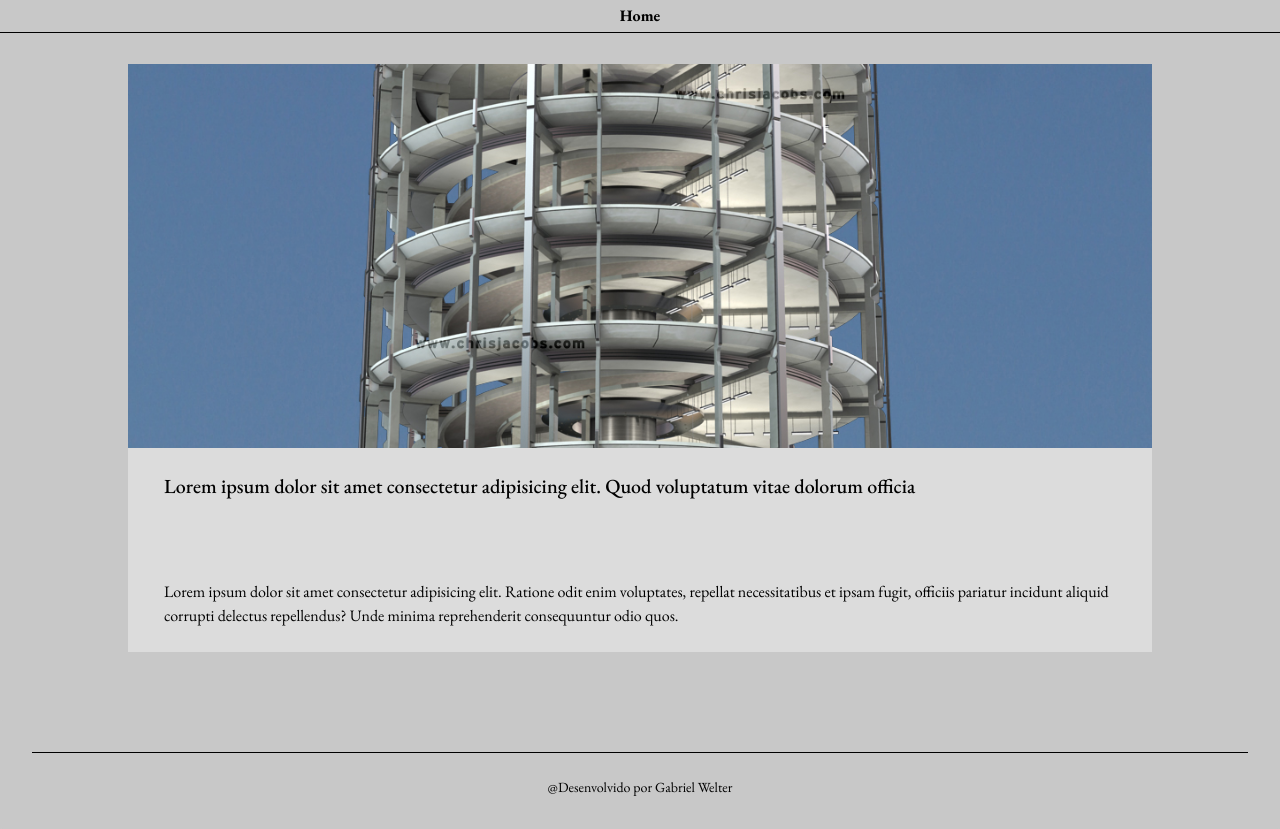
Repository: weltergab/Your-News-2-prismic-cms
Page: /noticiafull
An editor plug-in stored every save of this project. The page is shown before and after the next save, followed by the edit.
The browser window is 1280 px wide. The pictures show the whole page.
The project was rebuilt for these pictures with package versions that can differ from the ones it lists, and the page was loaded fresh each time. The framework's server and built-in components were replaced by stand-ins that run in the browser. Also part of the build but not shown: next.config.js.

Above is the page before, as saved 2023-04-30 20:39:25.

### src/pages/_document.tsx
import { Footer } from '@/components/Footer'
import { Navegacao } from '@/components/Navegacao'
import { Html, Head, Main, NextScript } from 'next/document'

export default function Document() {
  return (
    <Html lang="en">
      <Head>
        <link
          href="https://fonts.googleapis.com/css2?family=Roboto:wght@400;500&display=swap"
          rel="stylesheet"
        />
        <link rel="preconnect" href="https://fonts.googleapis.com" />
        <link rel="preconnect" href="https://fonts.gstatic.com" />
        <link href="https://fonts.googleapis.com/css2?family=EB+Garamond:ital,wght@0,400;0,500;0,600;0,700;0,800;1,400;1,500;1,600;1,700;1,800&family=Montserrat:ital,wght@0,300;0,400;0,500;0,600;0,700;0,800;0,900;1,300;1,400;1,500;1,600;1,700;1,800;1,900&display=swap" rel="stylesheet" />
      </Head>
      <body>
        <Navegacao />

        <Main />
        <NextScript />

        <Footer />
      </body>
    </Html>
  )
}

### src/pages/noticiafull/index.tsx
import Image from "next/image";

function NoticiaFull() {

  return (
    <div className='bg-color-bg bg-center bg-cover bg-no-repeat min-h-screen items-center flex flex-col'>

      <h1>Noticia Full</h1>
      <div className="bg-color-bg2 items-center flex flex-col mt-8 w-full max-w-5xl">
        <div className="h-96 w-full border-color-bg2 bg-green-300 relative overflow-hidden">
          <Image
            src="/vert.jpg"
            alt="Minha imagem"
            fill
            style={{ objectFit: 'cover' }} // object-fit: "contain"
          />
        </div>
        <div className="h-auto py-6 mx-3 px-6 flex flex-col relative">
          <h1 className="font-medium pb-20 text-xl">Lorem ipsum dolor sit amet consectetur adipisicing elit. Quod voluptatum vitae dolorum officia</h1>
          <p>Lorem ipsum dolor sit amet consectetur adipisicing elit. Ratione odit enim voluptates, repellat necessitatibus et ipsam fugit, officiis pariatur incidunt aliquid corrupti delectus repellendus? Unde minima reprehenderit consequuntur odio quos.</p>
        </div>
      </div>

    </div>
  )
}

export default NoticiaFull;

### src/styles/globals.css
@tailwind base;
@tailwind components;
@tailwind utilities;

h1 {
    @apply text-2xl text-color-title;
}

body {
    @apply bg-color-bg text-color-text2;
    -webkit-font-smoothing: antialiased;
  }

  /*

  a {
    color: #0070f3;
    text-decoration: none;
    font-weight: bold;
  }

  a:hover {
    font-style: italic;
  }


.btn {
    @apply text-base font-medium rounded-lg p-3;
}
.btn--primary {
    @apply bg-sky-500 text-white;
}
.btn--secondary {
    @apply bg-slate-100 text-slate-900;
}


Caixa de Texto 1
color: #f8fafc;
    background-color: var(--tw-prose-pre-bg);
    overflow-x: auto;
    font-weight: 400;
    font-size: .875em;
    line-height: 1.7142857;
    margin-top: 1.4285714285714286em;
    margin-bottom: 2.2857142857142856em;
    border-radius: 0.75rem;
    padding: 1.25rem;
    box-shadow: 0 4px 6px -1px #0000001a, 0 2px 4px -2px #0000001a;
    display: flex;
*/

### src/components/Footer/index.tsx
export function Footer() {
  return (
    <div className="bg-color-footer text-color-text p-8 rounded">
      <div className="border-t border-black pb-6"></div>
      <div className="text-center text-sm">
        @Desenvolvido por Gabriel Welter
      </div>
    </div>
  );
}

### src/components/Navegacao/index.tsx
import Link from "next/link";

export function Navegacao() {
  return (
    <div className="bg-color-footer w-full text-color-text p-1 mb-40 top-0 fixed z-10 border-b border-black">
      <div className="text-center">
        <Link href="/">
          <h2 className="font-bold">Home</h2>
        </Link>
      </div>
    </div>
  );
}

### tailwind.config.js
/** @type {import('tailwindcss').Config} */
module.exports = {
  content: [
    './src/pages/**/*.{js,ts,jsx,tsx,mdx}',
    './src/components/**/*.{js,ts,jsx,tsx,mdx}',
    './src/app/**/*.{js,ts,jsx,tsx,mdx}',

    // Or if using `src` directory:
    "./src/**/*.{js,ts,jsx,tsx,mdx}",
  ],
  theme: {
    extend: {
      backgroundImage: {
        blur: 'url(/assets/blur-background.png)'
      },
      fontFamily: {
        sans: 'EB Garamond, serif, Montserrat, sans-serif'
      },
      colors: {
        black1: { //
          200: '#848DA0',
          300: '#C4C4C4',
          400: '#444B5B',
          500: '#0EE7B7',
          600: '#7AC7E3',
        },
        green: {
          300: '#00B37E',
          500: '#00875F',
          700: '#015F43',
        },
        blue: {
          500: '#81D8F7',
          700: '#1B2138',
          900: '#11172B',//
        },
        orange: {
          500: '#FBA94C',
        },
        red: {
          500: '#F75A68',
        },
        gray: {
          100: '#E1E1E6',
          200: '#C4C4CC',
          300: '#8D8D99',
          400: '#f8fafc', //
          500: '#323238',
          600: '#29292E',
          700: '#121214',
          900: '#09090A',
        },
        test: {
          100: '#1A1E23',
          200: '#4A90E2',
          300: '#F2F2F2',
          400: '#222222',
          500: '#68CC7A',
          600: '#FF5B5B',
        },
        fav: {
          100: '#242D34', //desfocado twitter blue
          300: '#15202B', //twitter blue
          200: '#282A36', //vscode
          400: '#11172B', //meu portifolio
        },
        color1: {
          'btn': '#0E2A47', // botões principais, textos de destaque e links que precisam se destacar
          'btn2': '#485B39', // botões secundários, elementos de navegação e detalhes que precisam se destacar sem serem tão intensos
          'bg': '#D8D8D8', // bg
          'bg2': '#11172B', // fundos dos elementos de conteúdo
          'del': '#7A1E1E', // botões de ação destrutiva
          'title': '#3B0D35', // cabeçalhos de seções importantes e títulos de página
          'confirm': '#FFA400', // botões de ação positiva
          'text': '#FFFFFF', // texto principal e o fundo de elementos de destaque
          'text2': '#000000',
          'div': '#A8A8A8', // bordas e elementos de divisão
          'footer': '#000000', // footer e nav
        },
        color: {
          'btn': '#0E2A47',
          'btn2': '#485B39',
          'bg': '#C8C8C8',
          'bg2': '#DCDCDC', //#DCDCDC
          'del': '#7A1E1E',
          'title': '#000000',
          'confirm': '#FFA400',
          'text': '#000000',
          'text2': '#000000',
          'div': '#A8A8A8', //#A8A8A8
          'footer': '#C8C8C8',
        }
      },
    },
  },
  plugins: [],
}

Loaded but not shown: src/pages/_app.tsx (common file)

After the next save:
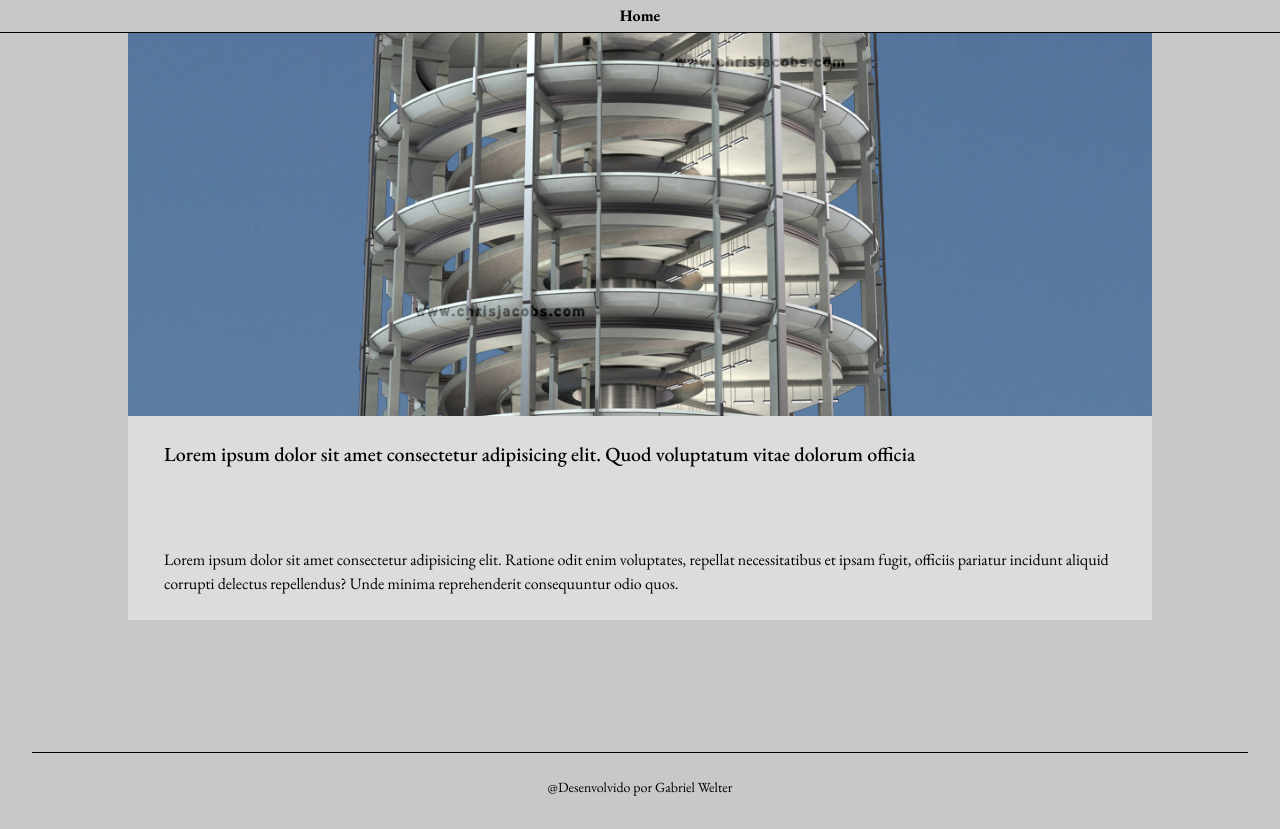
Saved 25 h 25 min later.
--- a/src/pages/noticiafull/index.tsx
+++ b/src/pages/noticiafull/index.tsx
@@ -6,7 +6,7 @@
     <div className='bg-color-bg bg-center bg-cover bg-no-repeat min-h-screen items-center flex flex-col'>
 
       <h1>Noticia Full</h1>
-      <div className="bg-color-bg2 items-center flex flex-col mt-8 w-full max-w-5xl">
+      <div className="bg-color-bg2 items-center flex flex-col w-full max-w-5xl">
         <div className="h-96 w-full border-color-bg2 bg-green-300 relative overflow-hidden">
           <Image
             src="/vert.jpg"
